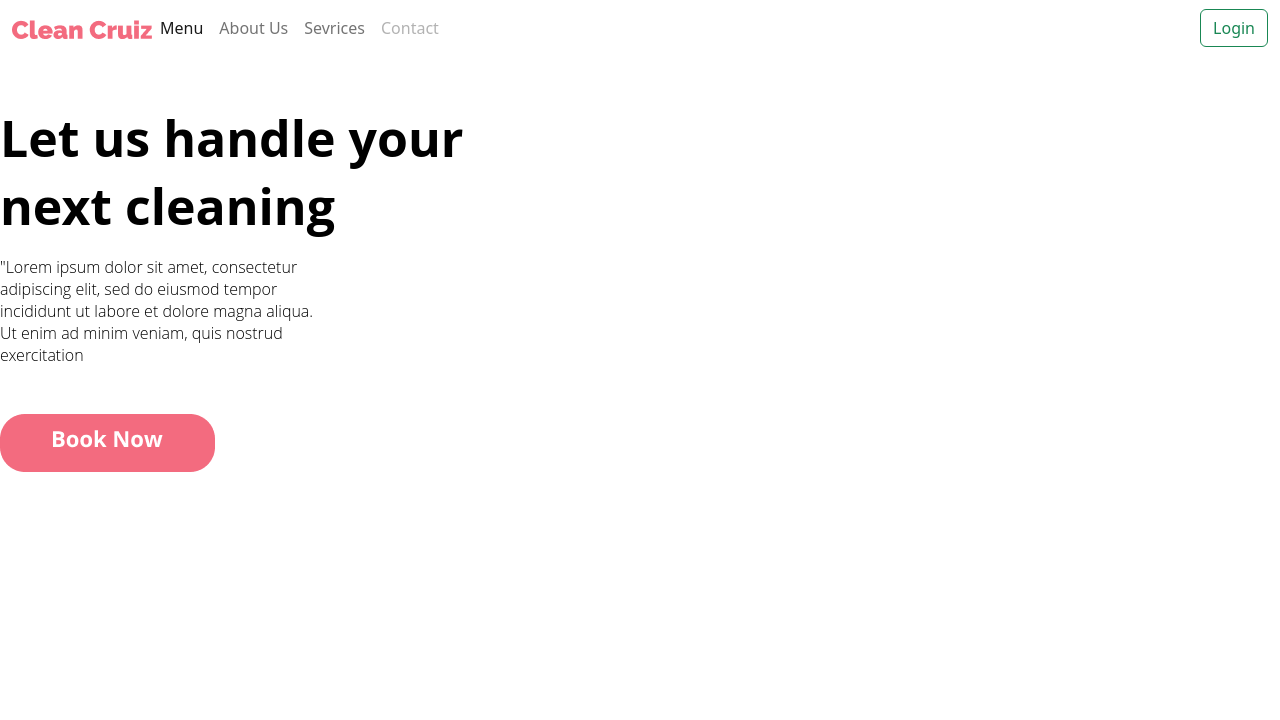
Repository: uy022/QuocUybaitapgiuaki
Page: index.html
An editor plug-in stored every save of this project. The page is shown before and after the next save, followed by the edit.
The browser window is 1280 px wide. The pictures show the whole page.

Above is the page before, as saved 2022-08-30 19:00:35.

### index.html
<!DOCTYPE html>
<html>
    <head>
        <title> Bài tập giữa kỳ </title>
        <link href="node_modules/bootstrap/dist/css/bootstrap.min.css" rel="stylesheet" />
       <link rel="stylesheet" href="./css/style1.css">
    </head>
    <body>

        <div class="menu">
            <nav class="navbar navbar-expand-lg menu1">
                <div class="container-fluid">
                  <div class="logo">
                    <img src="./imgs/Clean Cruiz LOGO 1.png" alt="">
                  </div>
                  <button class="navbar-toggler" type="button" data-bs-toggle="collapse" data-bs-target="#navbarSupportedContent" aria-controls="navbarSupportedContent" aria-expanded="false" aria-label="Toggle navigation">
                    <span class="navbar-toggler-icon"></span>
                  </button>
                  <div class="collapse navbar-collapse" id="navbarSupportedContent">
                    <ul class="navbar-nav me-auto  mb-2 mb-lg-0">
                      <li class="nav-item">
                        <a class="nav-link active" aria-current="page" href="#">Menu</a>
                      </li>
                      <li class="nav-item">
                        <a class="nav-link" href="#">About Us</a>
                      </li>
                      <li class="nav-item">
                        <a class="nav-link" href="#">Sevrices</a>
                      </li>
                      <li class="nav-item">
                        <a class="nav-link disabled">Contact</a>
                      </li>
                    </ul>
                    <form class="d-flex" >
                      <button class="btn btn-outline-success" type="submit">Login</button>
                    </form>
                  </div>
                </div>
              </nav>
        </div>

        <div class="col-6 mt-5 let ">
          <p>Let us handle your <br> next cleaning</p>
        </div>

        <div class="col-3 fone">
          "Lorem ipsum dolor sit amet, consectetur adipiscing elit, sed do eiusmod tempor incididunt ut labore et dolore magna aliqua. Ut enim ad minim veniam, quis nostrud exercitation
        </div>

        <div class="col-3 mt-5">
          <img src="./imgs/Book now.png" alt="">
        </div>

    </body>
    <script src="/node_modules/bootstrap/dist/js/bootstrap.min.js"> </script>
</html>

### css/style1.css
.let{
    font-family: 'Open Sans';
font-style: normal;
font-weight: 700;
font-size: 50px;
line-height: 68px;
color: #000000;
}
.fone{
    font-family: 'Open Sans';
font-style: normal;
font-weight: 300;
font-size: 16px;
line-height: 22px;

color: #000000;

}

Loaded but not shown: node_modules/bootstrap/dist/css/bootstrap.min.css (library); node_modules/bootstrap/dist/js/bootstrap.min.js (library)

After the next save:
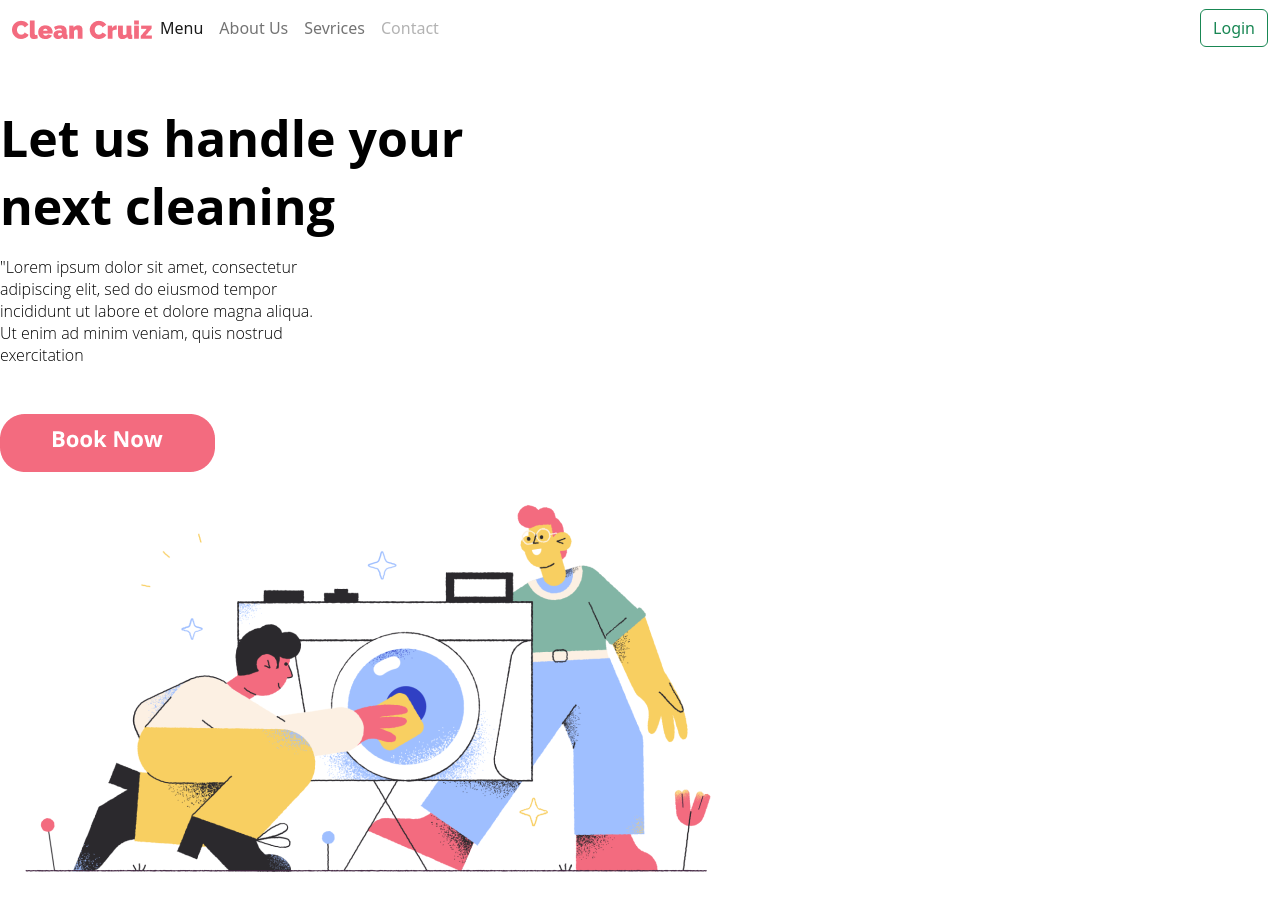
Saved 84 s later.
--- a/index.html
+++ b/index.html
@@ -39,6 +39,9 @@
               </nav>
         </div>
 
+        <div>
+
+
         <div class="col-6 mt-5 let ">
           <p>Let us handle your <br> next cleaning</p>
         </div>
@@ -51,6 +54,11 @@
           <img src="./imgs/Book now.png" alt="">
         </div>
 
+        <div>
+          <img src="./imgs/Illustration 1 1.png" alt="">
+        </div>
+      </div>
+
     </body>
     <script src="/node_modules/bootstrap/dist/js/bootstrap.min.js"> </script>
 </html>
